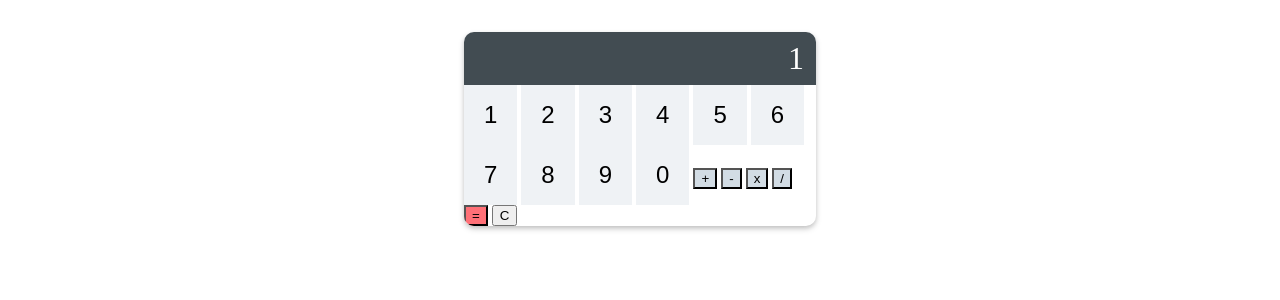
Repository: TEazy2433/LAB-calculator
Page: index.html
The author's editor kept a copy of each file at every save. The page is drawn from the files as they stood at one save, then again after the next save.
The browser window is 1280 px wide. The pictures show the whole page.

Above is the page before, as saved 2023-10-13 17:29:14.

### index.html
<!DOCTYPE html>
<html lang="en">
<head>
  <meta charset="UTF-8">
  <meta name="viewport" content="width=device-width, initial-scale=1.0">
  <title>calculator</title>
  <link rel="stylesheet" href="main.css">
</head>
<body>

  <div class="container">
    <div class="display">1</div>
    <div class="buttons">
      <button class="key">1</button>
      <button class="key">2</button>
      <button class="key">3</button>
      <button class="key">4</button>
      <button class="key">5</button>
      <button class="key">6</button>
      <button class="key">7</button>
      <button class="key">8</button>
      <button class="key">9</button>
      <button class="key">0</button>
      <button class="operator">+</button>
      <button class="operator">-</button>
      <button class="operator">x</button>
      <button class="operator">/</button>
      <button class="equals">=</button>
      <button class="clear">C</button>



    </div>
  </div>


</body>
</html>

### main.css
.container {
  border-radius: 10px;
  box-shadow: 0px 3px 6px 0px rgba(0, 0, 0, 0.15), 0px 2px 4px 0px rgba(0, 0, 0, 0.12);
  margin-inline-start: auto;
  margin-inline-end: auto;
  margin-block-start: 2em;
  max-inline-size: 22rem;
  overflow: hidden;
}
.display {
  background: hsl(202, 11%, 29%);
  color: hsl(255, 100%, 100%);
  font-size: 2rem;
  padding-block-start: 0.5rem;
  padding-block-end: 0.5rem;
  padding-inline-end: 0.75rem;
  text-align: end;
}
.keys {
  display: grid;
  grid-template-columns: repeat(4, 1fr);
  grid-gap: 1px;
  background: hsl(207, 19%, 61%);
}
.key {
  background: hsl(210, 25%, 95%);
  border: none;
  padding-block-start: 1rem;
  padding-block-end: 1rem;
  padding-inline-end: 1.25rem;
  padding-inline-start: 1.25rem;
  font-size: 1.5rem;
}
.key:active,
.key:focus {
  box-shadow: 0 0 8px 0 rgba(0, 0, 0, 0.3) inset;
  outline: none;
}
.operator{
  background: hsl(208, 25%, 86%);
}
.operator:active {
  background: hsl(208, 24%, 80%);
}
.equals{
  grid-column: 4 / 5;
  grid-row: 2 / span 4;
  background: hsl(357, 100%, 72%);
}

After the next save:
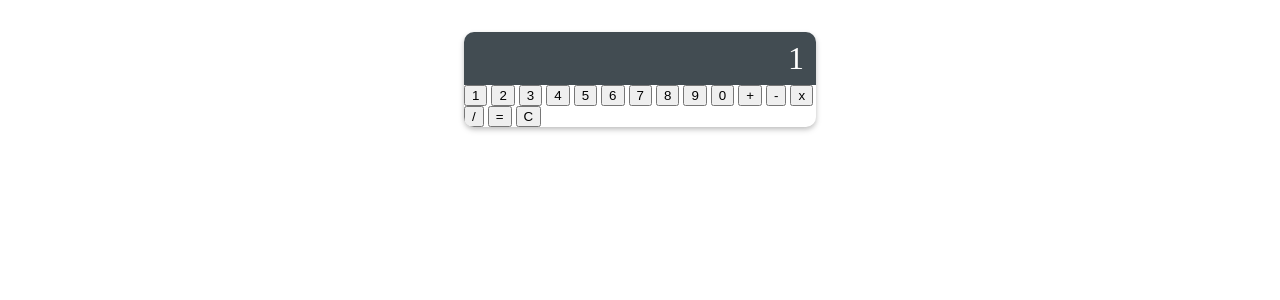
Saved 82 s later.
--- a/main.css
+++ b/main.css
@@ -22,7 +22,7 @@
   grid-gap: 1px;
   background: hsl(207, 19%, 61%);
 }
-.key {
+key {
   background: hsl(210, 25%, 95%);
   border: none;
   padding-block-start: 1rem;
@@ -31,18 +31,18 @@
   padding-inline-start: 1.25rem;
   font-size: 1.5rem;
 }
-.key:active,
-.key:focus {
+key:active,
+key:focus {
   box-shadow: 0 0 8px 0 rgba(0, 0, 0, 0.3) inset;
   outline: none;
 }
-.operator{
+operator{
   background: hsl(208, 25%, 86%);
 }
-.operator:active {
+operator:active {
   background: hsl(208, 24%, 80%);
 }
-.equals{
+equals{
   grid-column: 4 / 5;
   grid-row: 2 / span 4;
   background: hsl(357, 100%, 72%);
